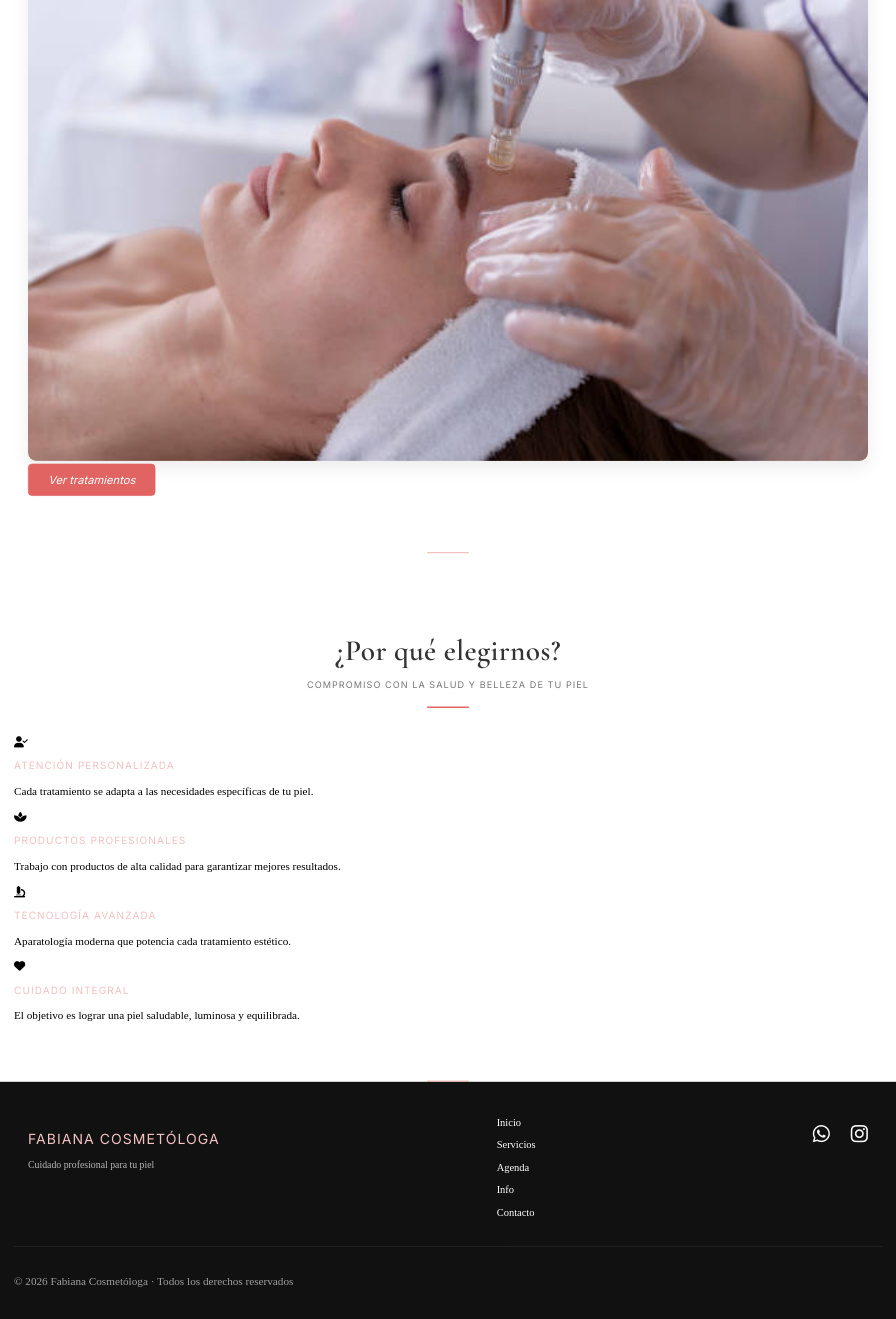
Repository: thiagobal1891-sudo/paginaweb
Page: pages/info.html
An editor plug-in stored every save of this project. The page is shown before and after the next save, followed by the edit.
The browser window is 1280 px wide. The pictures show the part of the page from y = 1069 to 2989 px (the page is 2953 px tall before and 2989 px after), at 70% of full size.
Some web fonts or font styles are not loaded; a fallback is used.

Above is the page before, as saved 2026-03-11 19:48:30.
Console error: ReferenceError: emailjs is not defined

After the next save:
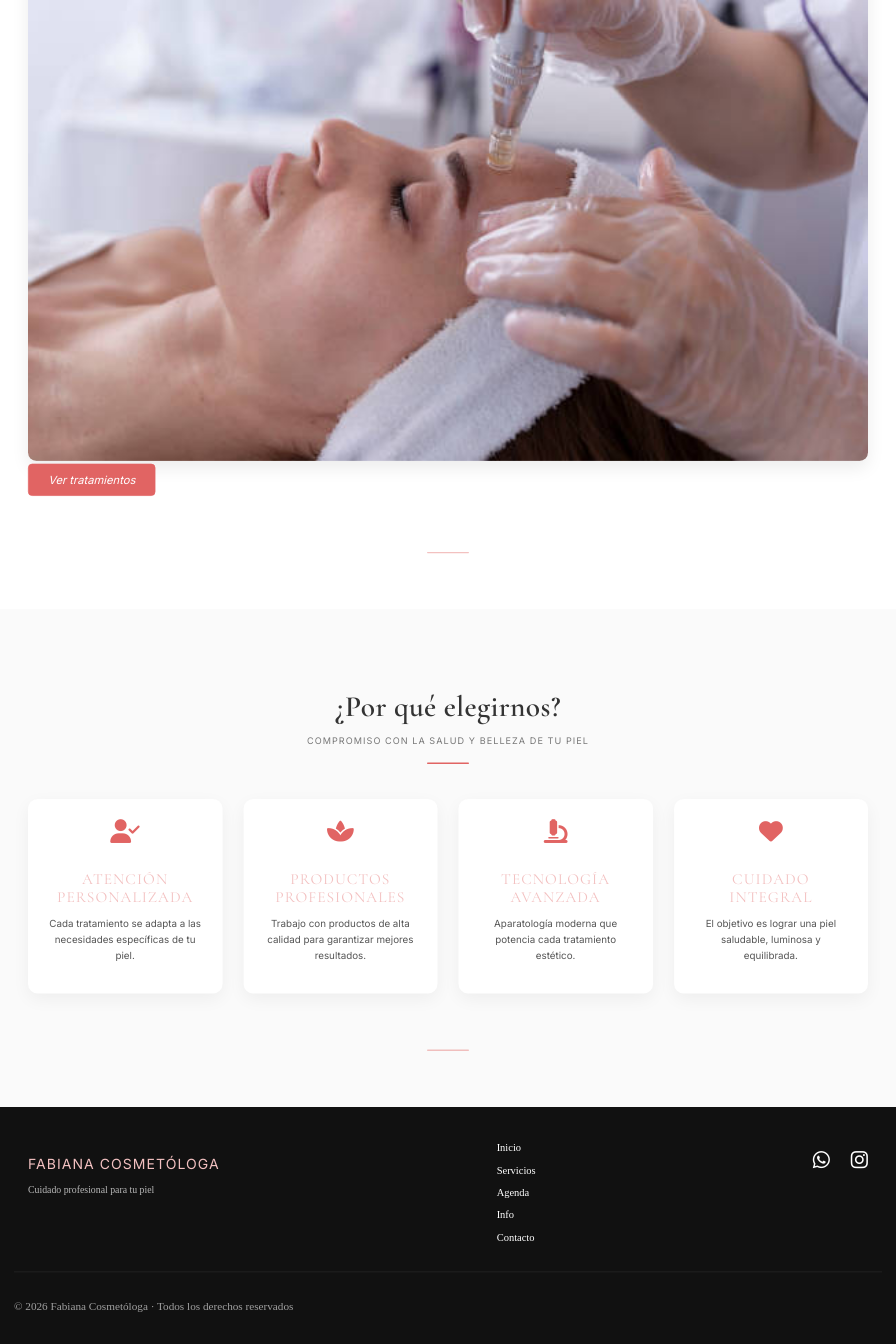
Saved 16 s later.
--- a/css/style.css
+++ b/css/style.css
@@ -852,7 +852,50 @@ width:100%;
 border-radius:12px;
 box-shadow:0 10px 25px rgba(0,0,0,.08);
 }
-
+.confianza{
+padding:80px 20px;
+background:#fafafa;
+}
+
+.confianza-grid{
+display:grid;
+grid-template-columns:repeat(auto-fit,minmax(220px,1fr));
+gap:30px;
+margin-top:50px;
+}
+
+.confianza-item{
+background:white;
+padding:30px;
+border-radius:14px;
+text-align:center;
+box-shadow:0 8px 25px rgba(0,0,0,.05);
+transition:.3s;
+}
+
+.confianza-item:hover{
+transform:translateY(-6px);
+box-shadow:0 12px 30px rgba(0,0,0,.1);
+}
+
+.confianza-item i{
+font-size:34px;
+color:#E16463;
+margin-bottom:15px;
+}
+
+.confianza-item h3{
+font-family:"Cormorant Garamond",serif;
+font-size:22px;
+margin-bottom:10px;
+}
+
+.confianza-item p{
+font-family:"Inter",sans-serif;
+font-size:14px;
+line-height:1.6;
+color:#555;
+}
 .link-servicios{
 display:block;
 margin-bottom:10px;
